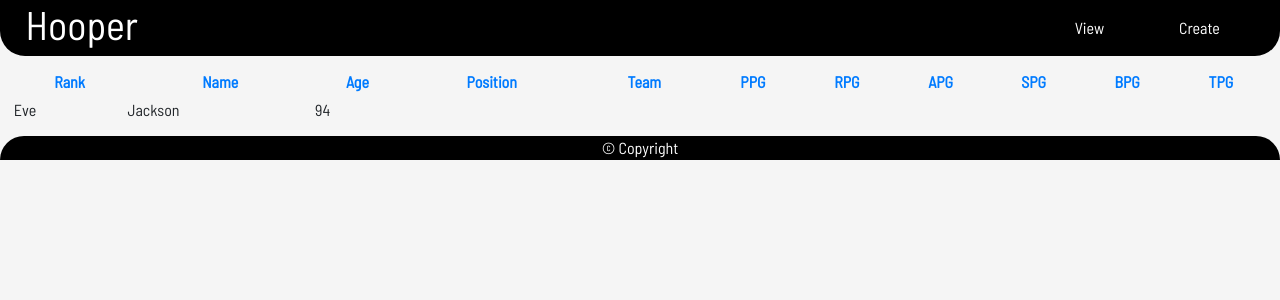
Repository: vlasarte/Hooper
Page: viewplayers.html
These files come from the project's save history. The page is drawn as it stood at one moment and after the next save; the edit follows.
The browser window is 1280 px wide. The pictures show the whole page.

Above is the page before, as saved 2020-02-24 17:13:59.

After the next save:
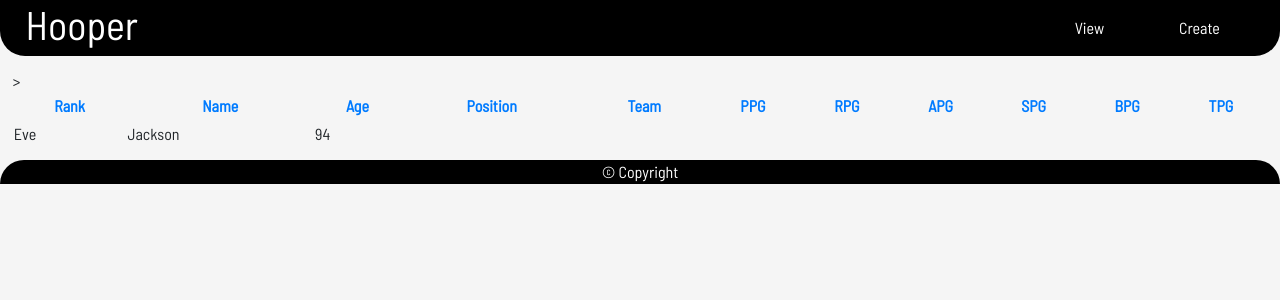
Saved 29 s later.
--- a/viewplayers.html
+++ b/viewplayers.html
@@ -51,8 +51,9 @@
                     <th><a href="">BPG</a></th>
                     <th><a href="">TPG</a></th>
                 </tr>
-                <tr>
-                    <td style="text-align: center"></td>
+                <tr style="text-align: center"></tr>
+>
+                    <td></td>
                     <td></td>
                     <td></td>
                     <td></td>

After the save that followed:
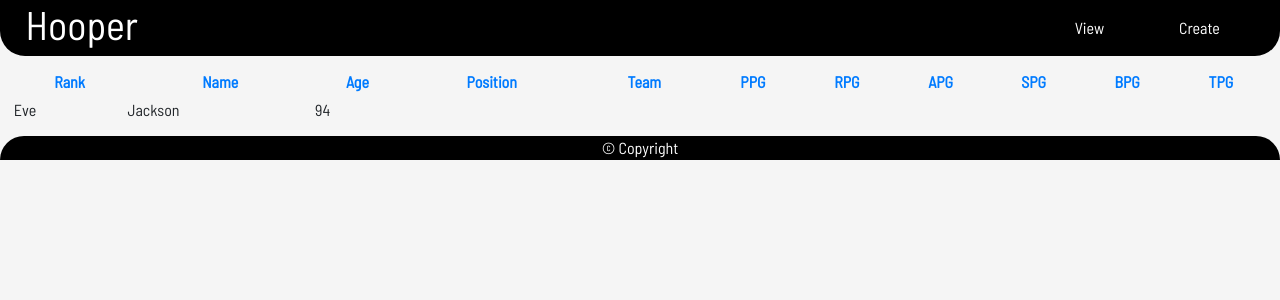
Saved 7 s later.
--- a/viewplayers.html
+++ b/viewplayers.html
@@ -52,7 +52,6 @@
                     <th><a href="">TPG</a></th>
                 </tr>
                 <tr style="text-align: center"></tr>
->
                     <td></td>
                     <td></td>
                     <td></td>
